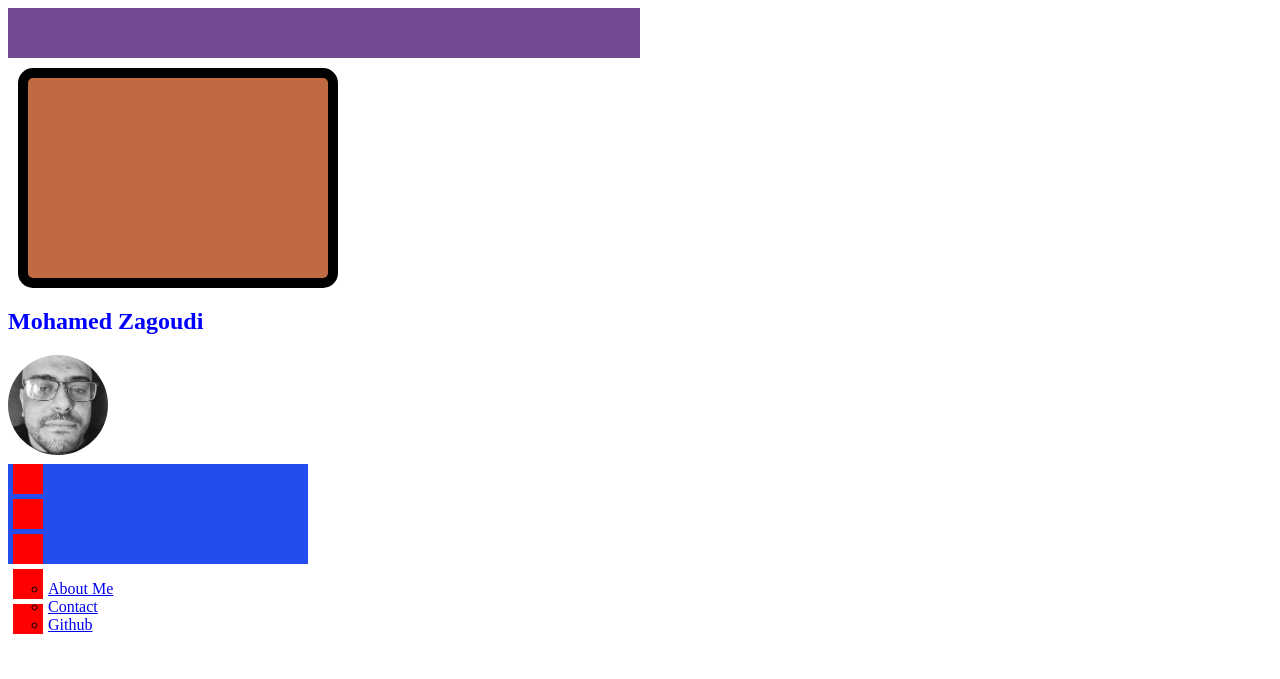
Repository: Mohzagou/Eersteportofolio
Page: index.html
These files come from the project's save history. The page is drawn as it stood at one moment and after the next save; the edit follows.
The browser window is 1280 px wide. The pictures show the whole page.

Above is the page before, as saved 2022-06-07 19:48:23.

### index.html
<!DOCTYPE html>


<head>
    <link rel="stylesheet" href="styles.css" />
    <meta charset="UTF-8">

    <title>Document</title>
</head>

<body>

    <header></header>
    <div class="about-me"></div>
    <h2 id="name">Mohamed Zagoudi</h2>

    <img class="avatar" src="images/67gwzvy.jpeg" alt="Mohamed Zagoudi headshot " />
    <div>
        <section>
            <div class="test"></div>
            <div class="test"></div>
            <div class="test"></div>
            <div class="test"></div>
            <div class="test"></div>
        </section>
        <footer>
            <ul style="list-style-type: circle ">
                <li><a href=" ">About Me</a></li>
                <li><a href=" ">Contact</a></li>
                <li><a href="https://github.com/Mohzagou ">Github</a></li>

            </ul>

        </footer>



</body>



</html>

### styles.css
header {
    width: 50%;
    height: 50px;
    background-color: rgb(113, 74, 145);
}

section {
    width: 300px;
    height: 100px;
    background-color: #234def;
}

.about-me {
    width: 300px;
    height: 200px;
    background-color: rgb(177, 69, 21, 0.8);
    margin: 10px;
    border: solid black 10px;
    border-radius: 15px;
}

.avatar {
    width: 100px;
    border-radius: 50px;
}

#name {
    color: blue;
}

.test {
    width: 30px;
    height: 30px;
    background-color: red;
    margin: 5px;
}

After the next save:
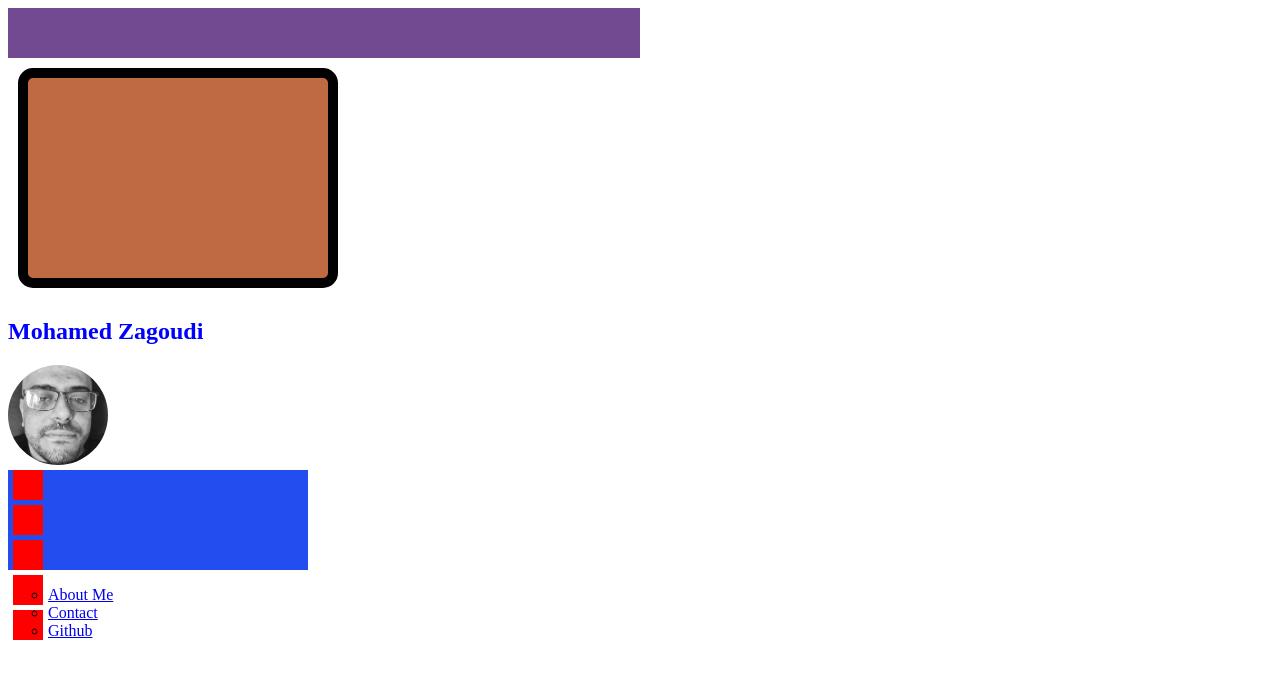
Saved 43 s later.
--- a/styles.css
+++ b/styles.css
@@ -1,3 +1,8 @@
+body {
+    display: flex;
+    flex-direction: column;
+}
+
 header {
     width: 50%;
     height: 50px;
